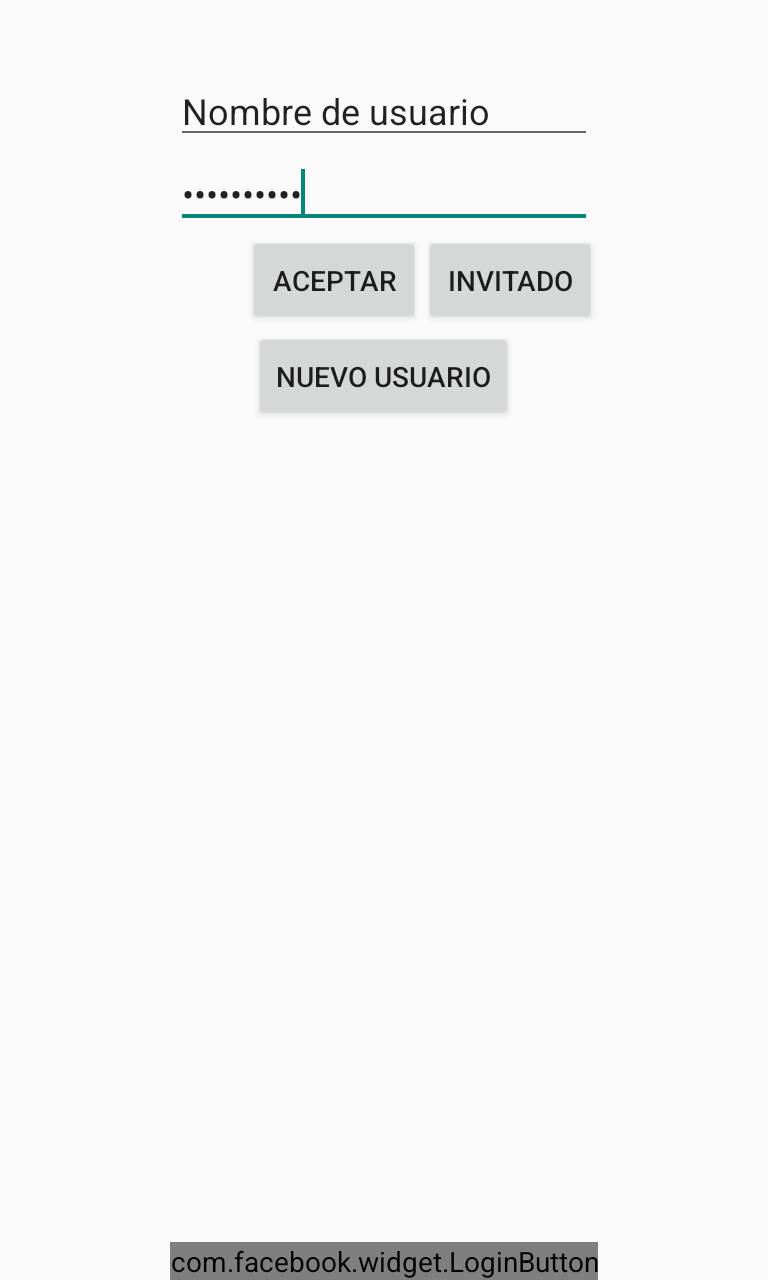
Repository: MVidi/juegos
Layout: SermoJuego/res/layout/pantallaprimera.xml
The author's editor kept a copy of each file at every save. The layout is drawn from the files as they stood at one save, then again after the next save.
Pictures or frames that could not be fetched are drawn as grey boxes. It is drawn on a 768 x 1280 px phone screen (xhdpi) without system bars, with theme AppTheme; the app's code is not run.

Above is the layout before, as saved 2014-08-11 16:17:50.

After the next save:
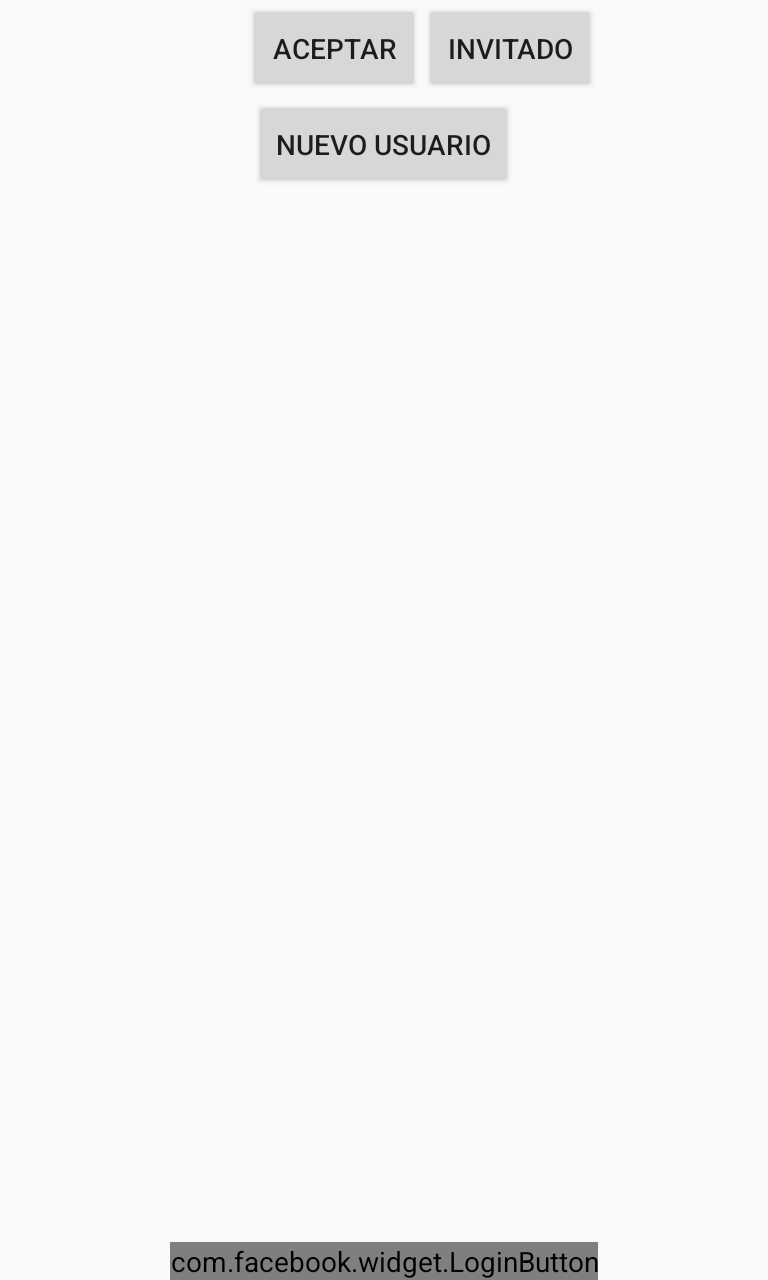
Saved 50 s later.
--- a/SermoJuego/res/layout/pantallaprimera.xml
+++ b/SermoJuego/res/layout/pantallaprimera.xml
@@ -10,7 +10,6 @@
         android:id="@+id/aceptarPI"
         android:layout_width="wrap_content"
         android:layout_height="wrap_content"
-        android:layout_below="@+id/contrasenaPI"
         android:layout_toLeftOf="@+id/invitadoPI"
         android:onClick="aceptarPulsado"
         android:text="@string/Aceptar" />
@@ -24,20 +23,6 @@
         android:onClick="conectarMongo"
         android:text="@string/Invitado" />
 
-    <EditText
-        android:id="@+id/contrasenaPI"
-        android:layout_width="wrap_content"
-        android:layout_height="wrap_content"
-        android:layout_below="@+id/usuarioPI"
-        android:layout_centerHorizontal="true"
-        android:ems="10"
-        android:inputType="textPassword"
-        android:onClick="clicarContrasena"
-        android:text="@string/Contrasena" >
-
-        <requestFocus />
-    </EditText>
-
     <Button
         android:id="@+id/nuevoUsuarioPI"
         android:layout_width="wrap_content"
@@ -45,17 +30,6 @@
         android:layout_below="@+id/aceptarPI"
         android:layout_centerHorizontal="true"
         android:text="@string/nuevoUsuario" />
-
-    <EditText
-        android:id="@+id/usuarioPI"
-        android:layout_width="wrap_content"
-        android:layout_height="wrap_content"
-        android:layout_alignRight="@+id/contrasenaPI"
-        android:layout_marginTop="33dp"
-        android:ems="10"
-        android:inputType="textPersonName"
-        android:onClick="clicarUsuario"
-        android:text="@string/Usuario" />
 
     <com.facebook.widget.LoginButton
         android:id="@+id/authButton"
